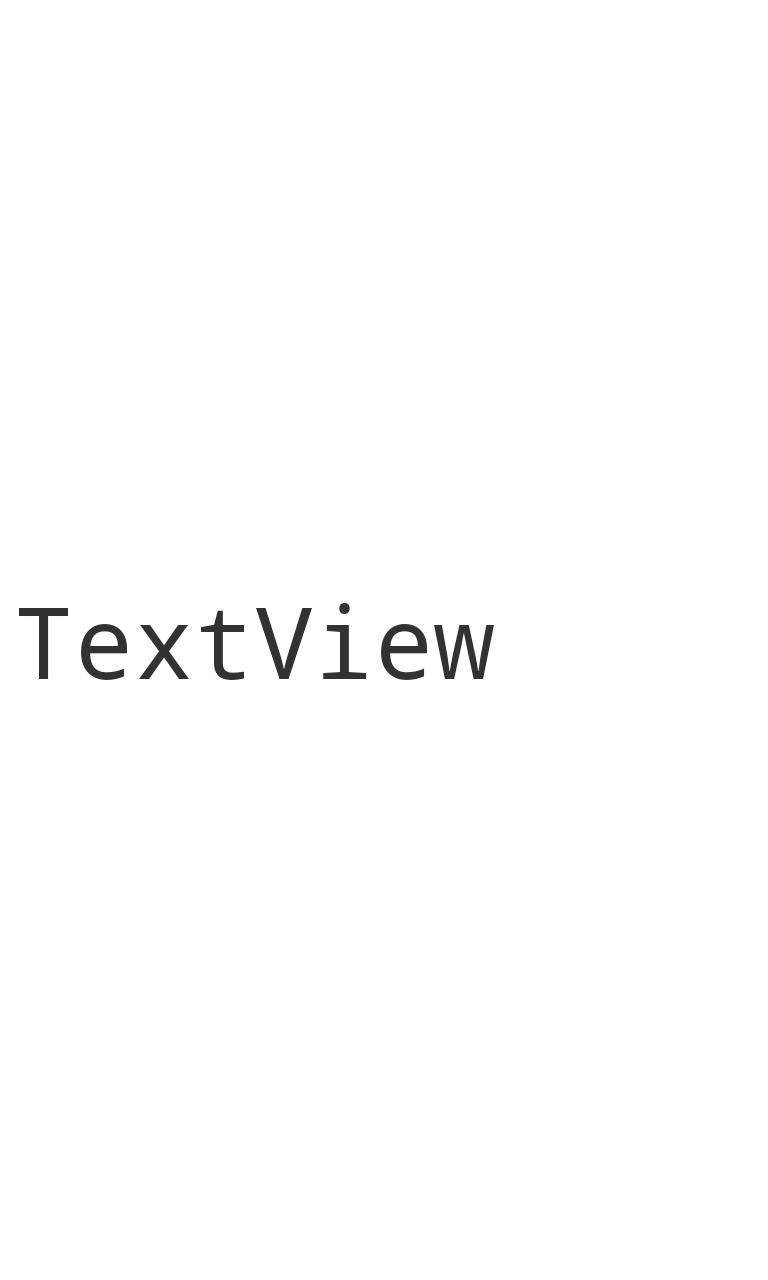
Repository: sehmon/workspace-eclipse
Layout: WhatAmIEating/res/layout/activity_detail.xml
The author's editor kept a copy of each file at every save. The layout is drawn from the files as they stood at one save, then again after the next save.
It is drawn on a 768 x 1280 px phone screen (xhdpi) without system bars, with theme android:Theme.Holo.Light.NoActionBar.Fullscreen; the app's code is not run.

Above is the layout before, as saved 2014-04-13 15:25:36.

After the next save:
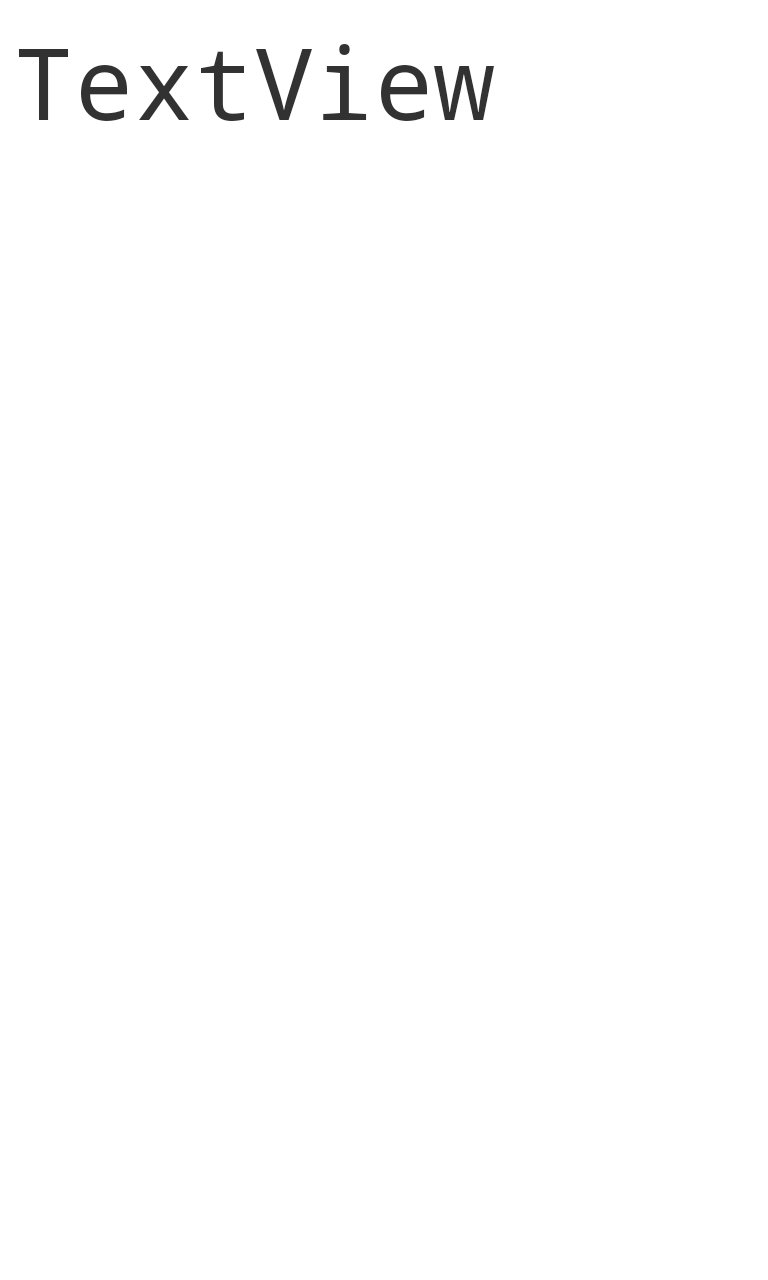
Saved 24 s later.
--- a/WhatAmIEating/res/layout/activity_detail.xml
+++ b/WhatAmIEating/res/layout/activity_detail.xml
@@ -7,13 +7,12 @@
     tools:ignore="MergeRootFrame" >
 
     <TextView
-        android:id="@+id/textView1"
+        android:id="@+id/detailTextView"
         android:layout_width="wrap_content"
         android:layout_height="wrap_content"
+        android:layout_margin="7dp"
         android:text="TextView"
         android:textSize="50sp"
-        android:typeface="monospace"
-        android:layout_gravity="center"
-        android:layout_margin="7dp" />
+        android:typeface="monospace" />
 
 </LinearLayout>
